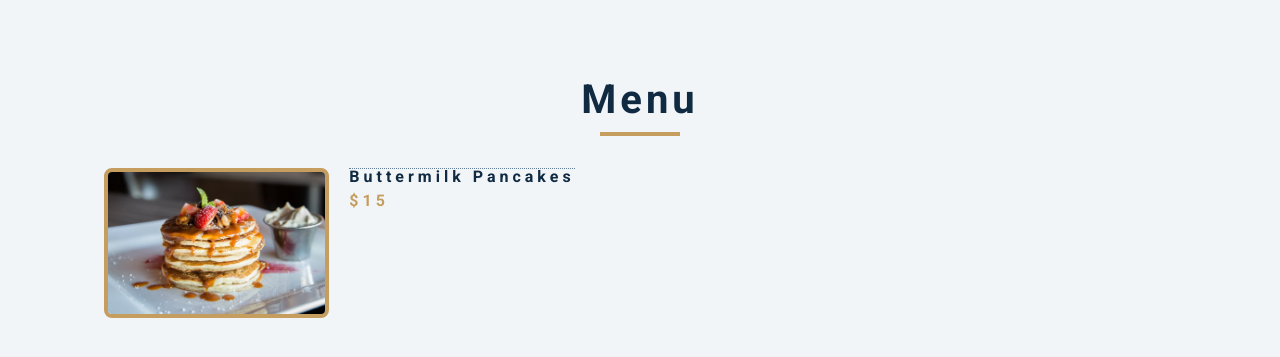
Repository: spidero7/Menu
Page: index.html
These files come from the project's save history. The page is drawn as it stood at one moment and after a run of saves; the edit follows.
The browser window is 1280 px wide. The pictures show the whole page.
Some web libraries are served in a nearby version.

Above is the page before, as saved 2021-09-30 08:35:28.

### index.html
<!DOCTYPE html>
<html lang="en">
<head>
    <meta charset="UTF-8">
    <meta http-equiv="X-UA-Compatible" content="IE=edge">
    <meta name="viewport" content="width=device-width, initial-scale=1.0">
    <title>Menu</title>
    <link rel="stylesheet" href="style.css">
    <link
      rel="stylesheet"
      href="https://cdnjs.cloudflare.com/ajax/libs/font-awesome/5.14.0/css/all.min.css"
    />
</head>
<body>
    <section class="menu">
        <div class="title">
            <h2>Menu</h2>
            <div class="underline"></div>
        </div>
        <div class="section-center">
            <article class="menu-item">
                <img src="menu-item.jpeg" class="photo" alt="menu-item">
                <div class="item-info">
                    <header></header>
                    <h4>Buttermilk pancakes</h4>
                    <h4 class="price">$15</h4>
                </div>
            </article>
        </div>
    </section>
    <script src="app.js"></script>
</body>
</html>

### style.css
/*
===============
Fonts
===============
*/
@import url("https://fonts.googleapis.com/css?family=Open+Sans|Roboto:400,700&display=swap");

/*
===============
Variables
===============
*/

:root {
  /* dark shades of primary color*/
  --clr-primary-1: hsl(205, 86%, 17%);
  --clr-primary-2: hsl(205, 77%, 27%);
  --clr-primary-3: hsl(205, 72%, 37%);
  --clr-primary-4: hsl(205, 63%, 48%);
  /* primary/main color */
  --clr-primary-5: #49a6e9;
  /* lighter shades of primary color */
  --clr-primary-6: hsl(205, 89%, 70%);
  --clr-primary-7: hsl(205, 90%, 76%);
  --clr-primary-8: hsl(205, 86%, 81%);
  --clr-primary-9: hsl(205, 90%, 88%);
  --clr-primary-10: hsl(205, 100%, 96%);
  /* darkest grey - used for headings */
  --clr-grey-1: hsl(209, 61%, 16%);
  --clr-grey-2: hsl(211, 39%, 23%);
  --clr-grey-3: hsl(209, 34%, 30%);
  --clr-grey-4: hsl(209, 28%, 39%);
  /* grey used for paragraphs */
  --clr-grey-5: hsl(210, 22%, 49%);
  --clr-grey-6: hsl(209, 23%, 60%);
  --clr-grey-7: hsl(211, 27%, 70%);
  --clr-grey-8: hsl(210, 31%, 80%);
  --clr-grey-9: hsl(212, 33%, 89%);
  --clr-grey-10: hsl(210, 36%, 96%);
  --clr-white: #fff;
  --clr-red-dark: hsl(360, 67%, 44%);
  --clr-red-light: hsl(360, 71%, 66%);
  --clr-green-dark: hsl(125, 67%, 44%);
  --clr-green-light: hsl(125, 71%, 66%);
  --clr-gold: #c59d5f;
  --clr-black: #222;
  --ff-primary: "Roboto", sans-serif;
  --ff-secondary: "Open Sans", sans-serif;
  --transition: all 0.3s linear;
  --spacing: 0.25rem;
  --radius: 0.5rem;
  --light-shadow: 0 5px 15px rgba(0, 0, 0, 0.1);
  --dark-shadow: 0 5px 15px rgba(0, 0, 0, 0.2);
  --max-width: 1170px;
  --fixed-width: 620px;
}
/*
===============
Global Styles
===============
*/

*,
::after,
::before {
  margin: 0;
  padding: 0;
  box-sizing: border-box;
}
body {
  font-family: var(--ff-secondary);
  background: var(--clr-grey-10);
  color: var(--clr-grey-1);
  line-height: 1.5;
  font-size: 0.875rem;
}
ul {
  list-style-type: none;
}
a {
  text-decoration: none;
}
img:not(.logo) {
  width: 100%;
}
img {
  display: block;
}

h1,
h2,
h3,
h4 {
  letter-spacing: var(--spacing);
  text-transform: capitalize;
  line-height: 1.25;
  margin-bottom: 0.75rem;
  font-family: var(--ff-primary);
}
h1 {
  font-size: 3rem;
}
h2 {
  font-size: 2rem;
}
h3 {
  font-size: 1.25rem;
}
h4 {
  font-size: 0.875rem;
}
p {
  margin-bottom: 1.25rem;
  color: var(--clr-grey-5);
}
@media screen and (min-width: 800px) {
  h1 {
    font-size: 4rem;
  }
  h2 {
    font-size: 2.5rem;
  }
  h3 {
    font-size: 1.75rem;
  }
  h4 {
    font-size: 1rem;
  }
  body {
    font-size: 1rem;
  }
  h1,
  h2,
  h3,
  h4 {
    line-height: 1;
  }
}
/*  global classes */

.btn {
  text-transform: uppercase;
  background: transparent;
  color: var(--clr-black);
  padding: 0.375rem 0.75rem;
  letter-spacing: var(--spacing);
  display: inline-block;
  transition: var(--transition);
  font-size: 0.875rem;
  border: 2px solid var(--clr-black);
  cursor: pointer;
  box-shadow: 0 1px 3px rgba(0, 0, 0, 0.2);
  border-radius: var(--radius);
}
.btn:hover {
  color: var(--clr-white);
  background: var(--clr-black);
}
/* section */
.section {
  padding: 5rem 0;
}

main {
  min-height: 100vh;
  display: grid;
  place-items: center;
}
/*
===============
Menu
===============
*/

.menu {
  padding: 5rem 0;
}
.title {
  text-align: center;
  margin-bottom: 2rem;
}
.underline {
  width: 5rem;
  height: 0.25rem;
  background: var(--clr-gold);
  margin-left: auto;
  margin-right: auto;
}
.btn-container {
  margin-bottom: 4rem;
  display: flex;
  justify-content: center;
}
.filter-btn {
  background: transparent;
  border-color: var(--clr-gold);
  font-size: 1rem;
  text-transform: capitalize;
  margin: 0 0.5rem;
  letter-spacing: 1px;
  border-radius: var(--radius);
  padding: 0.375rem 0.75rem;
  color: var(--clr-gold);
  cursor: pointer;
  transition: var(--transition);
}
.filter-btn:hover {
  background: var(--clr-gold);
  color: var(--clr-white);
}
.section-center {
  width: 90vw;
  margin: 0 auto;
  max-width: 1170px;
  display: grid;
  gap: 3rem 2rem;
  justify-items: center;
}
.menu-item {
  display: grid;
  gap: 1rem 2rem;
  max-width: 25rem;
}
.photo {
  object-fit: cover;
  height: 200px;
  border: 0.25rem solid var(--clr-gold);
  border-radius: var(--radius);
}
.item-info header {
  display: flex;
  justify-content: space-between;
  border-bottom: 0.5px dotted var(--clr-grey-5);
}
.item-info h4 {
  margin-bottom: 0.5rem;
}
.price {
  color: var(--clr-gold);
}
.item-text {
  margin-bottom: 0;
  padding-top: 1rem;
}

@media screen and (min-width: 768px) {
  .menu-item {
    grid-template-columns: 225px 1fr;
    gap: 0 1.25rem;
    max-width: 40rem;
  }
  .photo {
    height: 175px;
  }
}
@media screen and (min-width: 1200px) {
  .section-center {
    width: 95vw;
    grid-template-columns: 1fr 1fr;
  }
  .photo {
    height: 150px;
  }
}

### app.js
const menu = [
  {
    id: 1,
    title: "buttermilk pancakes",
    category: "breakfast",
    price: 15.99,
    img: "./images/item-1.jpeg",
    desc: `I'm baby woke mlkshk wolf bitters live-edge blue bottle, hammock freegan copper mug whatever cold-pressed `,
  },
  {
    id: 2,
    title: "diner double",
    category: "lunch",
    price: 13.99,
    img: "./images/item-2.jpeg",
    desc: `vaporware iPhone mumblecore selvage raw denim slow-carb leggings gochujang helvetica man braid jianbing. Marfa thundercats `,
  },
  {
    id: 3,
    title: "godzilla milkshake",
    category: "shakes",
    price: 6.99,
    img: "./images/item-3.jpeg",
    desc: `ombucha chillwave fanny pack 3 wolf moon street art photo booth before they sold out organic viral.`,
  },
  {
    id: 4,
    title: "country delight",
    category: "breakfast",
    price: 20.99,
    img: "./images/item-4.jpeg",
    desc: `Shabby chic keffiyeh neutra snackwave pork belly shoreditch. Prism austin mlkshk truffaut, `,
  },
  {
    id: 5,
    title: "egg attack",
    category: "lunch",
    price: 22.99,
    img: "./images/item-5.jpeg",
    desc: `franzen vegan pabst bicycle rights kickstarter pinterest meditation farm-to-table 90's pop-up `,
  },
  {
    id: 6,
    title: "oreo dream",
    category: "shakes",
    price: 18.99,
    img: "./images/item-6.jpeg",
    desc: `Portland chicharrones ethical edison bulb, palo santo craft beer chia heirloom iPhone everyday`,
  },
  {
    id: 7,
    title: "bacon overflow",
    category: "breakfast",
    price: 8.99,
    img: "./images/item-7.jpeg",
    desc: `carry jianbing normcore freegan. Viral single-origin coffee live-edge, pork belly cloud bread iceland put a bird `,
  },
  {
    id: 8,
    title: "american classic",
    category: "lunch",
    price: 12.99,
    img: "./images/item-8.jpeg",
    desc: `on it tumblr kickstarter thundercats migas everyday carry squid palo santo leggings. Food truck truffaut  `,
  },
  {
    id: 9,
    title: "quarantine buddy",
    category: "shakes",
    price: 16.99,
    img: "./images/item-9.jpeg",
    desc: `skateboard fam synth authentic semiotics. Live-edge lyft af, edison bulb yuccie crucifix microdosing.`,
  },
];

After the next 4 saves:
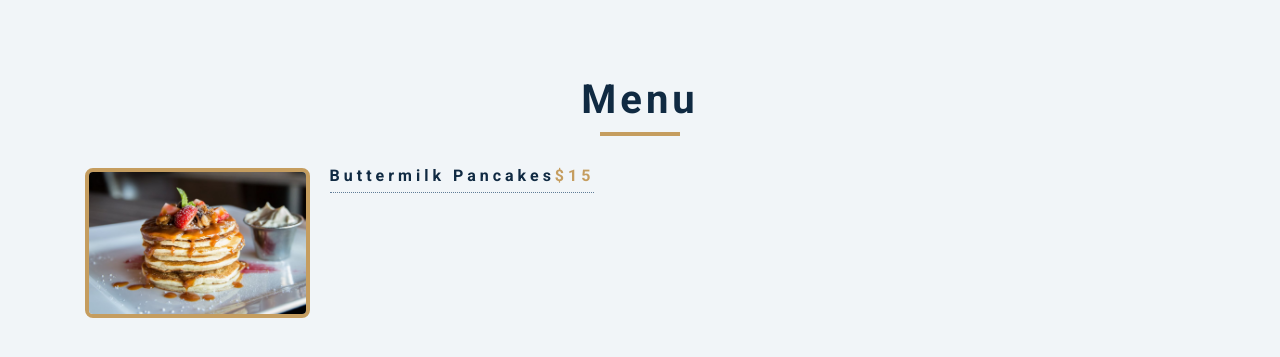
The 4 saves are shown as one change because they came seconds apart.
The last was saved 12 s later.
--- a/index.html
+++ b/index.html
@@ -21,9 +21,10 @@
             <article class="menu-item">
                 <img src="menu-item.jpeg" class="photo" alt="menu-item">
                 <div class="item-info">
-                    <header></header>
-                    <h4>Buttermilk pancakes</h4>
-                    <h4 class="price">$15</h4>
+                    <header>
+                        <h4>Buttermilk pancakes</h4>
+                        <h4 class="price">$15</h4>
+                    </header>
                 </div>
             </article>
         </div>
